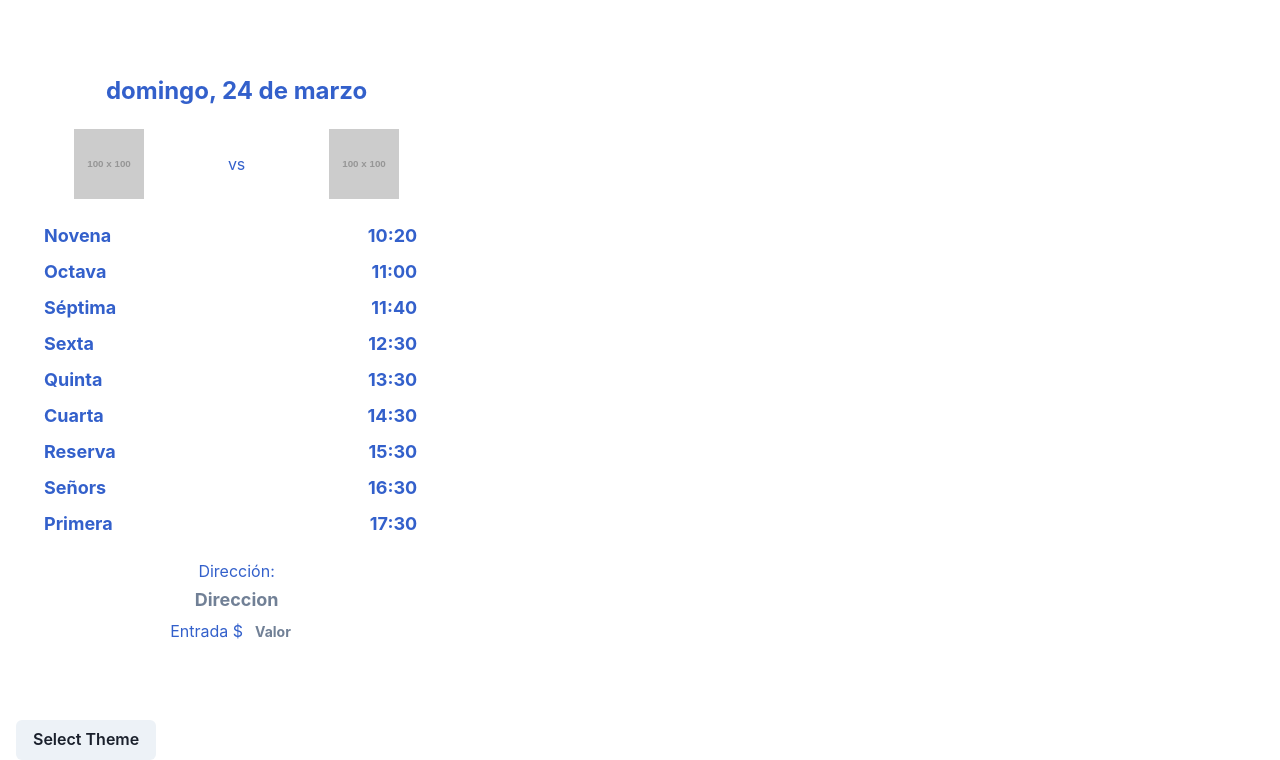
Repository: Anibalgutierrez/flayers
Page: /
These files come from the project's save history. The page is drawn as it stood at one moment and after the next save; the edit follows.
The browser window is 1280 px wide. The pictures show the whole page.
The project was rebuilt for these pictures with package versions that can differ from the ones it lists, and the page was loaded fresh each time. Also part of the build but not shown: vite.config.js.

Above is the page before, as saved 2024-06-03 17:10:55.

After the next save:
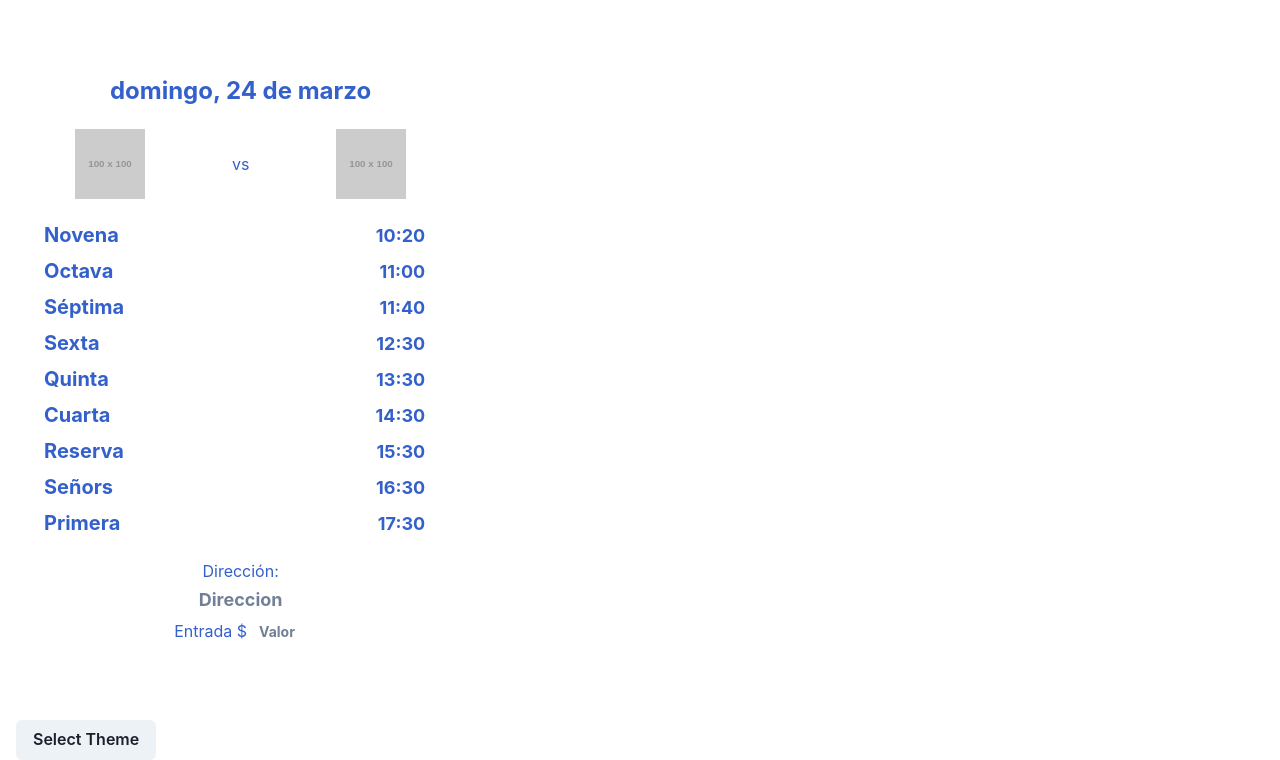
Saved 14 min 49 s later.
--- a/src/components/Horarios.jsx
+++ b/src/components/Horarios.jsx
@@ -27,7 +27,7 @@ const Horarios = () => {
     <Box>
       {data.map(item => (
         <Box key={item.id} display="flex" alignItems="center" justifyContent="space-between" mb={1} px={2} border="md">
-          <Text fontWeight="bold" fontSize="lg" >{item.categoria}</Text>
+          <Text fontWeight="bold" fontSize="xl" >{item.categoria}</Text>
           <Input
             border="none"
             size="sm"
